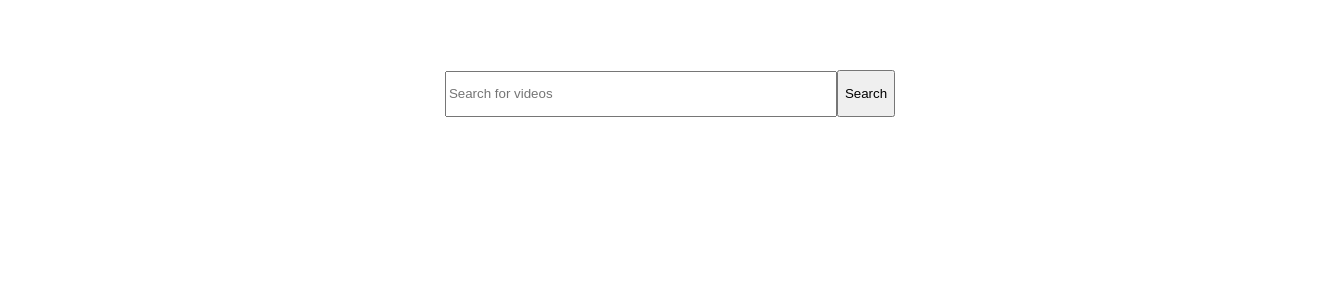
Repository: TeoVti/YouTube-Api-ReactJs
Page: /
These files come from the project's save history. The page is drawn as it stood at one moment and after the next save; the edit follows.
The browser window is 1280 px wide. The page is 1340 px wide, then 1280 px, so the pictures cover 1340 px, including what lies to the right of the window. The pictures show the whole page.
The page's requests for data from a server got no answer. The project was rebuilt for these pictures with package versions that can differ from the ones it lists, and the page was loaded fresh each time. No one was signed in, and anything a server would have sent is missing. Also part of the build but not shown: src/components/style/video.css, src/components/VideoItem.js.

Above is the page before, as saved 2020-02-19 17:11:57.

After the next save:
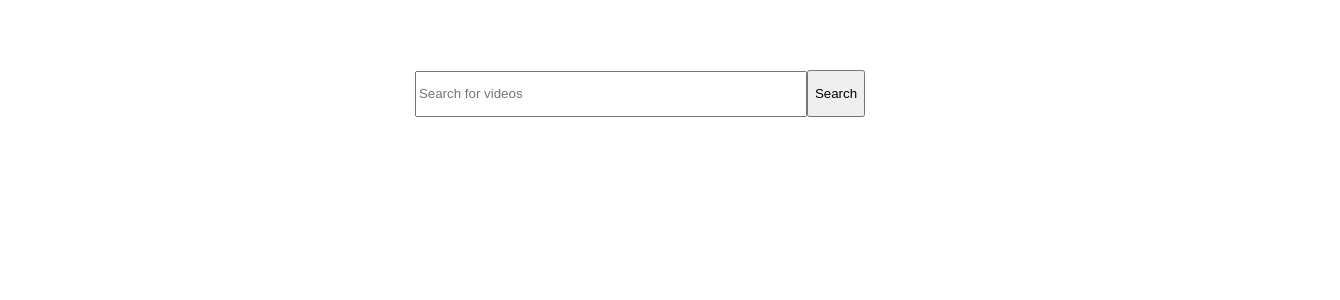
Saved 4 min 12 s later.
--- a/src/components/sch.css
+++ b/src/components/sch.css
@@ -1,10 +1,11 @@
 .search-bar {
-  text-align: center;
-  width: 100%;
-  padding: 30px;
-  margin: 40px auto;
-  background: #fff;
-  border-radius: 10px;
+	text-align: center;
+    width: 100%;
+    padding: 30px 0;
+    margin: 40px auto;
+    background: #fff;
+    /* border-radius: 10px; */
+
 }
 
 .input-text {
